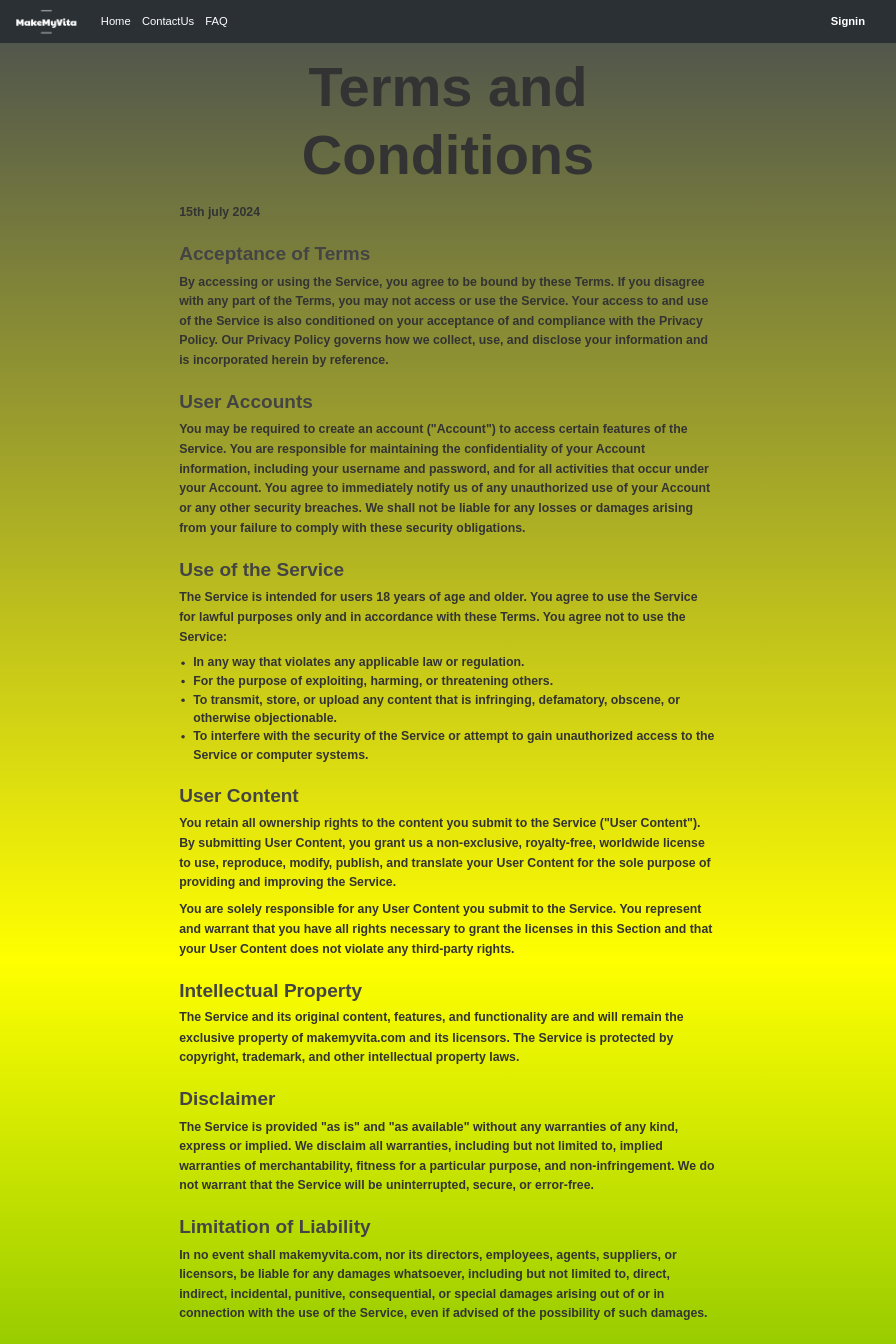
Repository: Tejaakshaykumar/MakeMyVita-Resume-Builder-Website
Page: /T&C (app in frontend/)
The author's editor kept a copy of each file at every save. The page is drawn from the files as they stood at one save, then again after the next save.
The browser window is 1280 px wide. The pictures show the part of the page from y = 0 to 1920 px (the page is 2936 px tall), at 70% of full size.
Some web libraries are served in a nearby version. The project was rebuilt for these pictures with package versions that can differ from the ones it lists, and the page was loaded fresh each time. Also part of the build but not shown: frontend/src/App.css, frontend/src/containers/About.js, frontend/src/containers/Buildresume.js, frontend/src/containers/Images.js, frontend/src/containers/Features.js, frontend/src/containers/Review.js, frontend/src/containers/Trybox.js, frontend/src/containers/Motionbox.js and 5 more.

Above is the page before, as saved 2024-06-10 11:44:52.

After the next save:
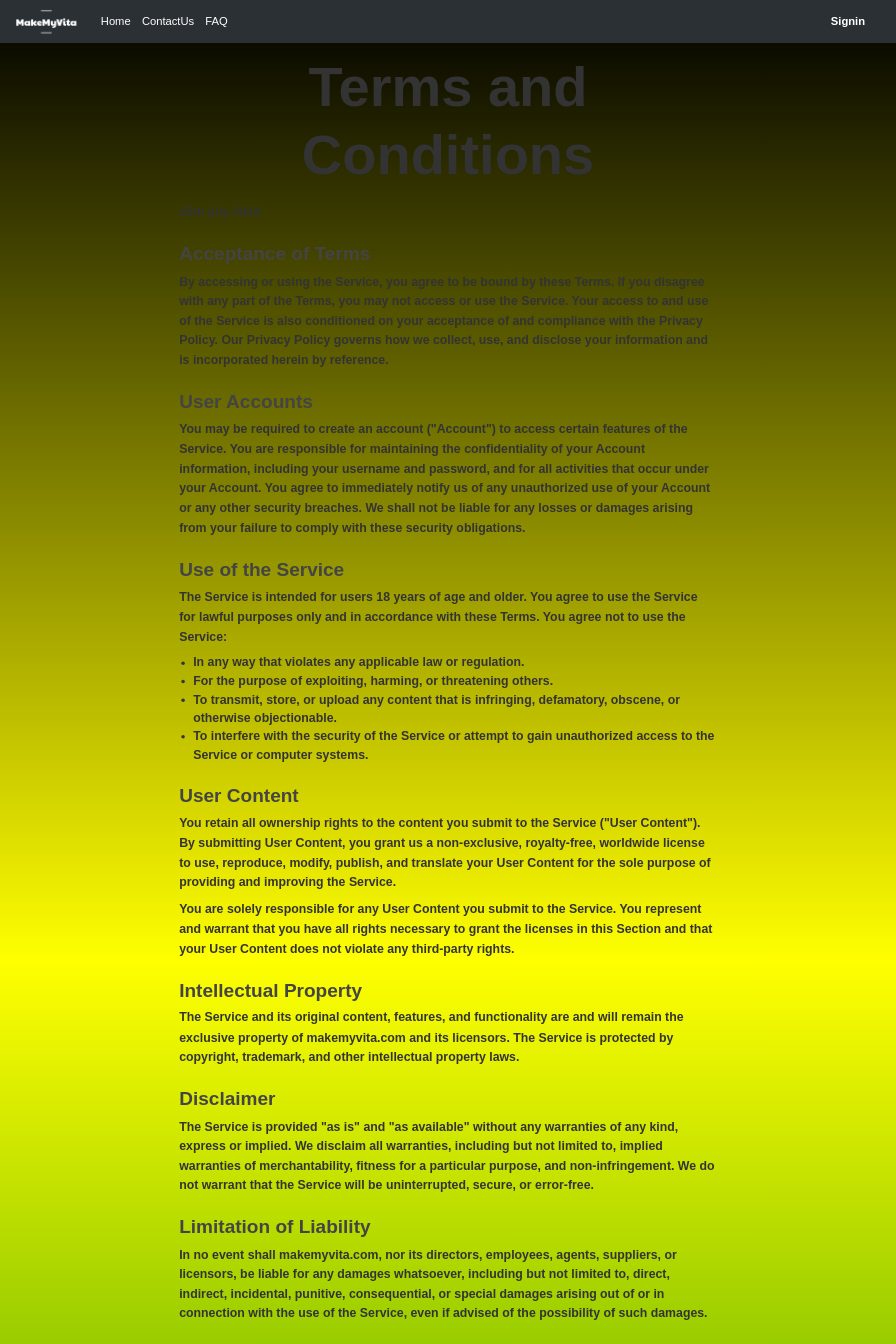
Saved 7 s later.
--- a/frontend/src/pages/pagestyles.css
+++ b/frontend/src/pages/pagestyles.css
@@ -5,7 +5,7 @@
     /* margin: 0 auto; */
     padding: 6% 20%;
     font-family: Arial, sans-serif;
-    background: linear-gradient(to bottom,rgb(74, 79, 80),yellow,green);
+    background: linear-gradient(to bottom,rgb(0, 0, 0),yellow,green);
     color: #333;
     /* margin-top: 7%; */
     margin-bottom: -2%;
